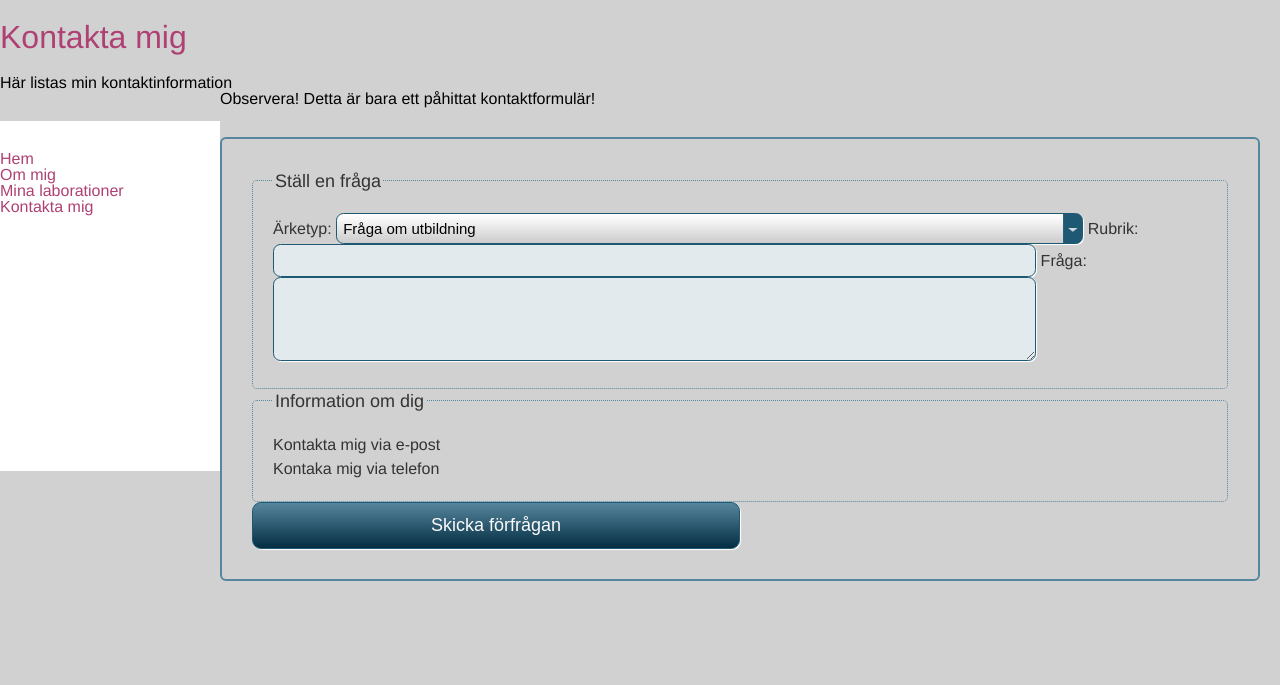
Repository: Holmewi/1ik415-jh222qr-laborationer
Page: pages/kontakt.html
The author's editor kept a record of every edit. The page is drawn from the files as they stood at one moment, then again after the next edit.
The browser window is 1280 px wide. The pictures show the whole page.

Above is the page before.

After the next edit:
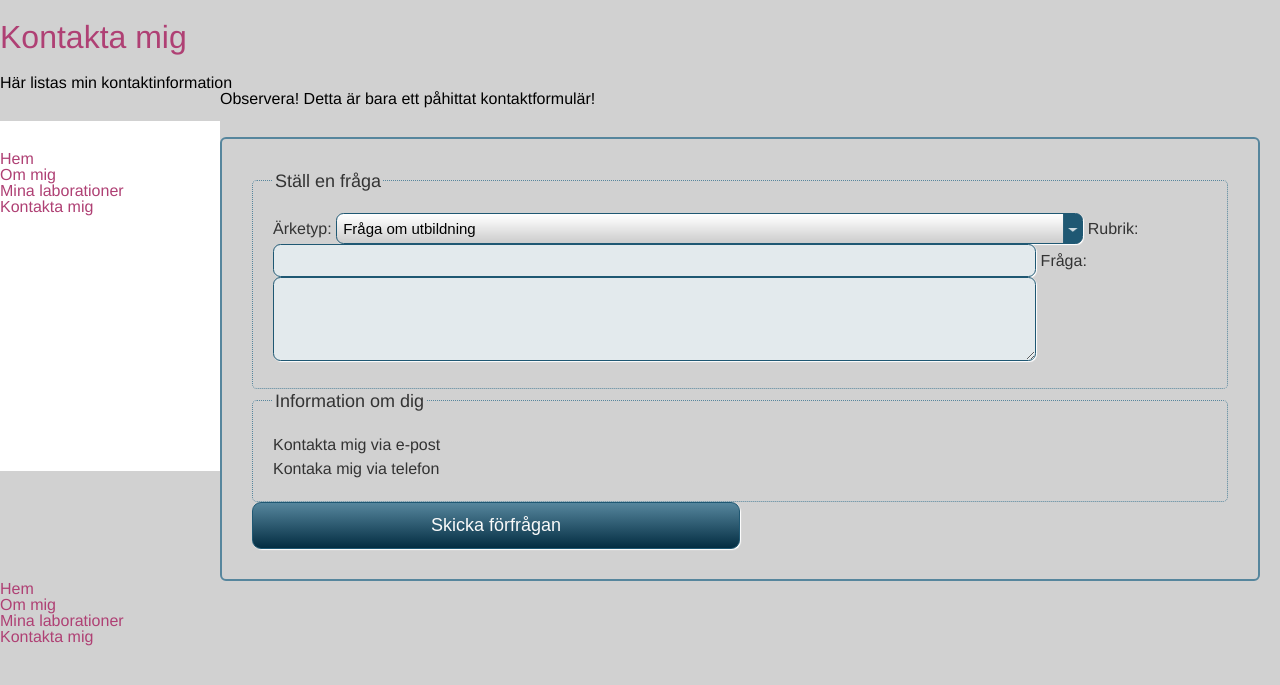
The edit:
--- a/pages/kontakt.html
+++ b/pages/kontakt.html
@@ -51,8 +51,12 @@
                 </form>
              </content>
              <footer>
-
-
+                <ul>
+                    <li><a href="index.html">Hem</a></li>
+                    <li><a href="pages/presentation.html">Om mig</a></li>
+                    <li><a href="pages/laborationer.html">Mina laborationer</a></li>
+                    <li><a href="pages/kontakt.html">Kontakta mig</a></li>
+                </ul>
              </footer>
         </container>
     </body>
